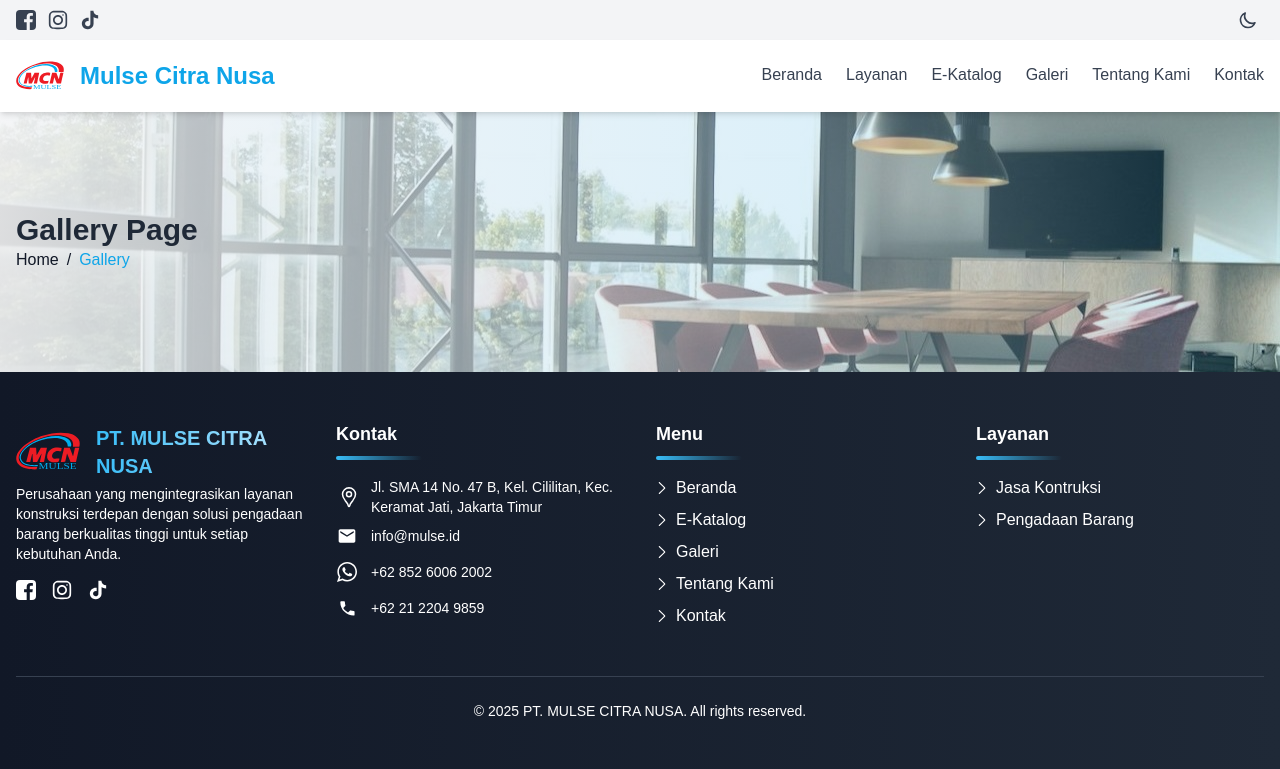
Repository: PrasBaldin/next-mulse
Page: /services/construction
The author's editor kept a copy of each file at every save. The page is drawn from the files as they stood at one save, then again after the next save.
The browser window is 1280 px wide. The pictures show the whole page.
The project was rebuilt for these pictures with package versions that can differ from the ones it lists, and the page was loaded fresh each time. The framework's server and built-in components were replaced by stand-ins that run in the browser. Also part of the build but not shown: next.config.ts.

Above is the page before, as saved 2025-02-26 12:44:36.

After the next save:
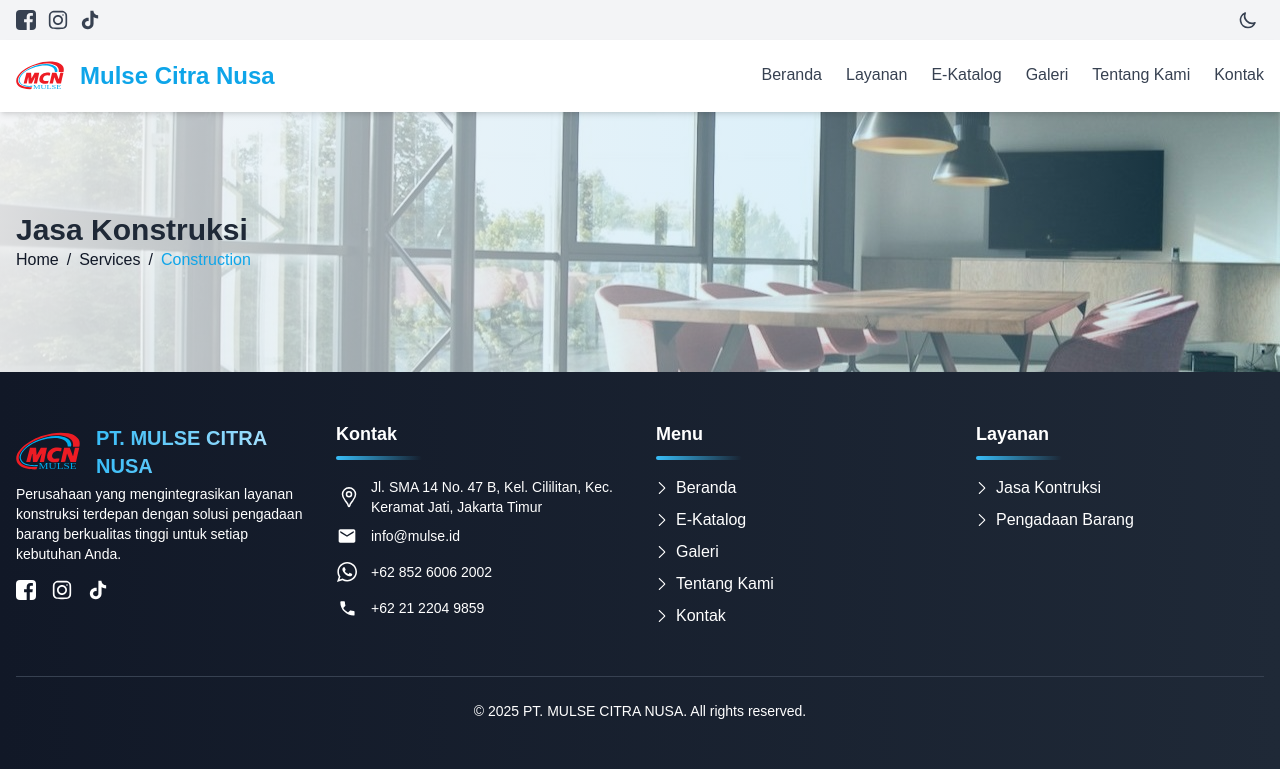
Saved 42 s later.
--- a/app/services/construction/page.tsx
+++ b/app/services/construction/page.tsx
@@ -9,7 +9,7 @@
           <div className="container z-[1] relative">
             <div className="banner-content">
               <h4 className="text-3xl font-bold text-gray-800 dark:text-gray-100 transition duration-500 ease-in-out">
-                Gallery Page
+                Jasa Konstruksi
               </h4>
               <ul className="breadcrumbs">
                 <li>
@@ -24,8 +24,19 @@
                   /
                 </li>
                 <li>
+                  <Link
+                    href="/"
+                    className="text-gray-900 dark:text-gray-100 transition duration-500 ease-in-out"
+                  >
+                    Services
+                  </Link>
+                </li>
+                <li className="text-gray-900 dark:text-gray-100 transition duration-500 ease-in-out">
+                  /
+                </li>
+                <li>
                   <Link href="/gallery" className="text-sky-500">
-                    Gallery
+                    Construction
                   </Link>
                 </li>
               </ul>
